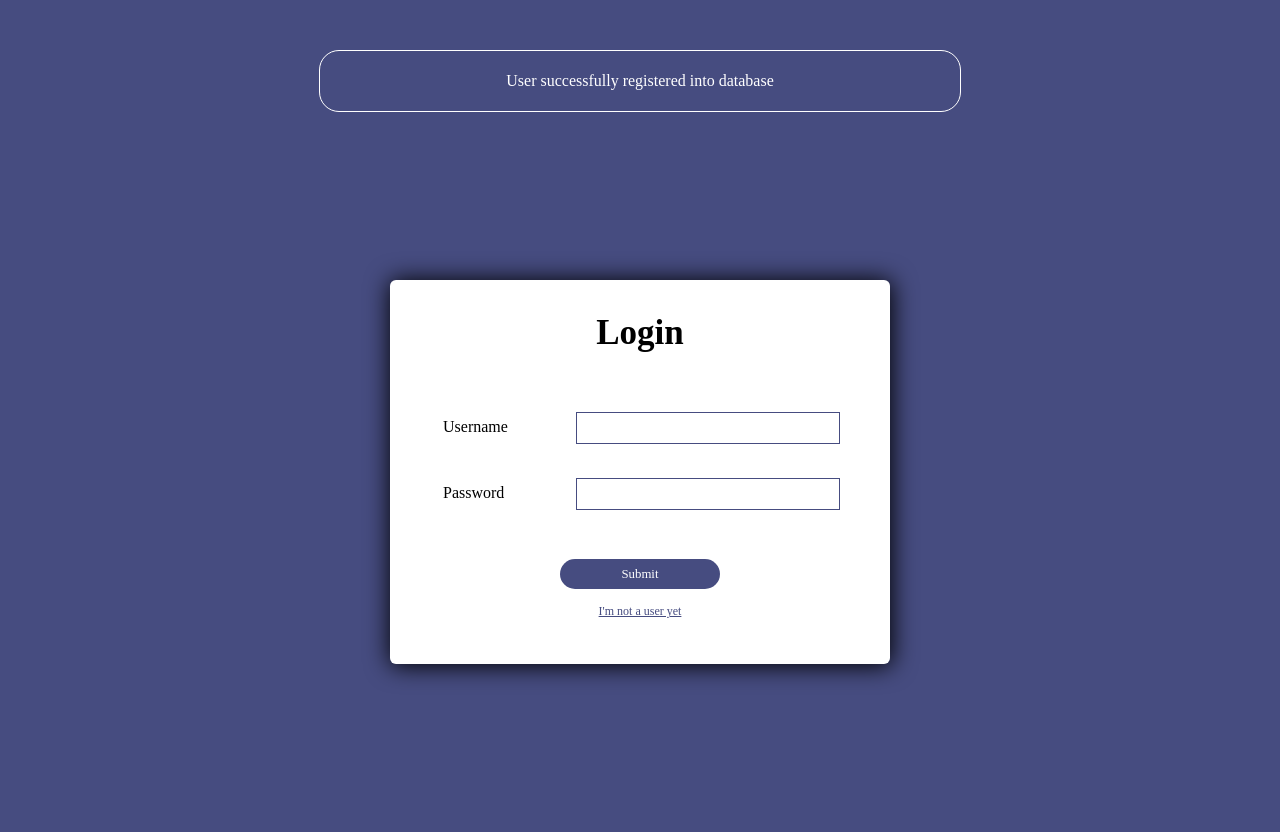
Repository: ivanmirandastavenuiter/jsp-raw-crud
Page: http://localhost/CH33TZ/
An editor plug-in stored every save of this project. The page is shown before and after the next save, followed by the edit.
The browser window is 1280 px wide. The pictures show the whole page.
Some web fonts or font styles are not loaded; a fallback is used. The page is served by Tomcat 9. Other server files are loaded and not shown.

Above is the page before, as saved 2020-05-12 14:43:50.

### CH33TZ/WebContent/index.jsp
<%@ page language="java" contentType="text/html; charset=UTF-8"
    pageEncoding="UTF-8" %>
<%@ page import="java.sql.Statement" %>
<%@ page import="java.sql.ResultSet" %>
<%@ page import="java.sql.DriverManager" %>
<%@ page import="java.sql.Connection" %>
<%@ page import="java.sql.PreparedStatement" %>
<%@ page import="java.util.logging.Logger" %>
<%@ page import="java.util.Map, java.util.HashMap" %>
<%@ page import="java.util.Collection" %>
<%@ page import="java.util.Set" %>
<%@ page import="java.util.Set" %>
<%@ taglib uri = "http://java.sun.com/jsp/jstl/core" prefix = "c" %>
<!DOCTYPE html>
<html>
<head>
<meta charset="UTF-8">
<title>Login</title>
<link href="https://fonts.googleapis.com/css?family=Merriweather&display=swap" rel="stylesheet">
<script type="module" src="Validations/ValidationLogin.mjs"></script>
<style>

	body {
		background: #464c80;
		margin: 0;
		padding: 0;
		height: 100vh;
		width: 100vw;
		font-size: 62.5%; /* This is equivalent to 10px */
		font-family: 'Merriweather', serif;
	}

	div.main-container-div {
		height: 100%;
	}

	div.register-result-container {
		margin-top: 50px;
	}

	div.register-result-message {
		width: 50%;
		margin: 0 auto;
		font-size: 1.6em;
		color: #fff;
		border: 1px solid #fff;
		border-radius: 20px;
	}

	div.register-result-message p {
		text-align: center;
		padding: 5px;
	}

	div.main-content-div {
		height: 100%;
		display: flex;
		justify-content: center;
		align-items: center;
	}

	div.form-container-div {
		border-radius: 6px;
		background: #fff;
		width: 500px;
		box-shadow: 1px 1px 25px 1px #000;
	}

	div.form-container-div form {
		padding: 10px 30px 30px 30px;
		font-size: 1.6em;
	}

	div.form-container-div .login-div {
		padding: 10px;
		text-align: center;
		border-radius: 5px 5px 0 0;
	}

	div.user-not-found-div {
		width: 400px;
		margin: 0 auto;
		opacity: 0; /* To 1 */
		transition: opacity .5s linear;
		font-size: 1.6em;
		height: 0; /* To auto */
	}

	p.user-not-found {
		margin: 0 auto;
		padding: 0; /* To 5 */
		width: 63%;
		font-size: .7em;
		border: 1px solid #e21010;
		color: #e21010;
		text-align: center;
		height: 0; /* To auto */
	}

	div.form-container-div .login-div h1 {
		font-size: 3.5em;
	}

	/* Inside form-container-div */

	.inputs-group-div {
		padding: 15px;
	}

	.inputs-group-div .input-div {
		width: 400px;
		display: flex;
		justify-content: space-between;
		align-items: center;
		margin: 0 auto;
	}

	.inputs-group-div .input-div .form-input {
		width: 63%;
		height: 20px;
		font-family: inherit;
		font-size: .8em;
		outline: none;
		border: 1px solid #464c80;
		padding: 5px;
	}

	.inputs-group-div div[class$="wrong-validation-div"] {
		display: flex;
		justify-content: flex-end;
		width: 400px;
		margin: 0 auto;
		opacity: 0;
		transition: opacity .5s linear;
	}

	.inputs-group-div div[class$="wrong-validation-div"] p {
		width: 63%;
		padding: 5px;
		font-size: .7em;
		border: 1px solid #e21010;
		color: #e21010;
	}

	.inputs-group-div .input-div label {
		height: 20px;
		padding: 3px;
	}

	.inputs-group-div .input-div .submit-btn {
		font-family: inherit;
		font-size: .8em;
		margin: 15px auto 5px auto;
		width: 40%;
		padding: 5px;
		color: #fff;
		background: #464c80;
		border-radius: 20px;
		height: 30px;
		border: none;
		transition: background-color .3s linear;
		outline: none;
	}

	.inputs-group-div .register-link-div {
		text-align: center;
	}

	.inputs-group-div .register-link-div span {
		font-size: 0.75em;
		display: block;
		margin-top: 10px;
	}

	.inputs-group-div .register-link-div span a {
	  	color: #464c80 !important;
	}

	/* Buttons, boxes and links interactions */

	.inputs-group-div .input-div .submit-btn:hover {
		background:#666dad;
	}

	.inputs-group-div .input-div .submit-btn:active {
		background: #272b50;
		transition: none;
		border: 1.5px solid #bfc4fd;
	}

	.inputs-group-div .input-div .form-input:focus {
		background: #d1d8f1;
		border: 1px solid #000;
	}

	.inputs-group-div .form-input:-internal-autofill-selected {
		background-color: #d1d8f1 !important;
		border: 1px solid #000 !important;
	}

	.inputs-group-div .input-div .submit-btn:focus {
		background: #272b50;
		transition: none;
		border: 1.5px solid #bfc4fd;
	}

	.inputs-group-div .register-link-div span a:visited,
	.inputs-group-div .register-link-div span a:active {
		color: inherit;
	}

</style>
</head>
<body>

	<c:set var = "contextPath" value="${pageContext.request.contextPath}" />

	<%

		Logger logger = Logger.getLogger(com.ch33tz.logger.JspLogger.class.getName());

		if (request.getMethod().equals("POST") && !(boolean)request.getAttribute("errors")) {

			logger.info("Starting validation on target page.");
			logger.info("POST request detected on target page. Applying validation against input data.");

			//Validation of the user input
			String username = request.getParameter("username");
			String password = request.getParameter("pass");
			String contextPath = "/";
			boolean validation = true;

			try {

				username = username != null ? username.trim() : null;
				password = password != null ? password.trim() : null;

				if (username == null || username.isEmpty()
						|| password == null || password.isEmpty()) {

					logger.info("Errors detected on target page. Proceeding to generate errors");

					Cookie usernameCookieError = null;
					Cookie passwordCookieError = null;

					if (username == null || username.isEmpty()) {
						logger.warning("Bad input for username. Populating cookie");
						usernameCookieError = new Cookie("username", "username");
						usernameCookieError.setMaxAge(1);
						response.addCookie(usernameCookieError);
						validation = false;
					}

					if (password == null || password.isEmpty() ) {
						logger.warning("Bad input for password. Populating cookie");
						passwordCookieError = new Cookie("password", "password");
						passwordCookieError.setMaxAge(1);
						response.addCookie(passwordCookieError);
						validation = false;
					}

				}

			} catch (Exception e) {

				logger.severe("Exception thrown on validation: " + e.getMessage());

			}

			if (validation) {

				Connection conn = null;
				PreparedStatement stmt = null;
				ResultSet rs = null;

				Map <String, String> userData = new HashMap<String, String>();

				try {

					// Driver registration gets autoloaded on JDBC 4.0 compliant versions:

					// * mysql-connector-java-5.1.36.jar version or higher
					// * jdk 6 or higher

					// However, it only gets loaded after second request. At least, in JSP.
					// This sentence is equivalent to: Class.forName("com.mysql.cj.jdbc.Driver")
					DriverManager.getDrivers();

					String sql = "SELECT * FROM user WHERE usUse = ? AND usPas = ?";
					conn = DriverManager.getConnection("jdbc:mysql://localhost:3306/ch33tz", "root", "");
					stmt = conn.prepareStatement(sql, ResultSet.TYPE_SCROLL_INSENSITIVE, ResultSet.CONCUR_READ_ONLY);
					stmt.setString(1, username);
					stmt.setString(2, password);
					rs = stmt.executeQuery();

					if (rs.first()) {

						logger.info("User found: " + rs.getString("usUse") + ". Populating user data.");

						userData.put("id", Integer.toString(rs.getInt("usId")));
						userData.put("name", rs.getString("usNam"));
						userData.put("surname", rs.getString("usSur"));
						userData.put("username", rs.getString("usUse"));
						userData.put("email", rs.getString("usEma"));

						logger.info("Redirecting to welcome page...");

						request.getSession().setAttribute("user", userData);
						response.sendRedirect(request.getContextPath() + "/JSP/welcome.jsp");

					} else {
						logger.warning("User not found. Populating cookie");
						logger.info("Returning to login form.");
						Cookie userNotFoundCookie = new Cookie("error", "user-not-found");
						userNotFoundCookie.setMaxAge(1);
						response.addCookie(userNotFoundCookie);
					}

				} catch (Exception e) {

					logger.severe("Main exception: " + e.getMessage());

				} finally {

					try {

						if (rs != null) {
							rs.close();
						}

						if (stmt != null) {
							stmt.close();
						}

						if (conn != null) {
							conn.close();
						}

					} catch(Exception e) {

						logger.severe("Nested exception: " + e.getMessage());

					}

				}

			}

		}

	%>

	<!-- Main container -->
	<div class="main-container-div">

		<!-- Errors container -->
		<div class="register-result-container">
			<div class="register-result-message">
				<p>User successfully registered into database</p>
				<c:if test="${ not empty message}">
					<p>${message}</p>
					<c:remove var="message" />
				</c:if>
			</div>
		</div>

		<!-- Main content -->
		<div class="main-content-div">

			<div class="form-container-div">

				<!-- Login div -->
				<div class="login-div">
					<h1>Login</h1>
				</div>

				<!-- User not found div -->
				<div class="user-not-found-div">
					<p class="user-not-found"></p>
				</div>

				<!-- Form -->
				<form name="loginForm" method="post">

					<div class="inputs-group-div">

						<!-- Input items -->
						<div class="input-div">
							<label for="username">Username</label>
							<input class="form-input" type="text" name="username"/>
						</div>

						<div class="username-wrong-validation-div">
							<p class="username-wrong-validation"></p>
						</div>

						<div class="input-div">
							<label for="pass">Password</label>
							<input class="form-input" type="password" name="pass"/>
						</div>

						<div class="password-wrong-validation-div">
							<p class="password-wrong-validation"></p>
						</div>

						<div class="input-div">
							<input class="submit-btn" type="submit" value="Submit"/>
						</div>

						<div class="register-link-div">
							<span><a href="register.jsp">I'm not a user yet</a></span>
						</div>

					</div>

				</form>

			</div>

		</div>

	</div>



</body>
</html>

### CH33TZ/WebContent/Validations/ValidationLogin.mjs
/**
 * Name: ValidationLogin
 *
 * Author: Ivan Miranda Stavenuiter
 * MKNA
 *
 */

import { ValidationException } from '../Exceptions/ValidationException.mjs';
import { ValidationFormException } from '../Exceptions/ValidationFormException.mjs';

document.addEventListener("DOMContentLoaded", function() {

	var availableCookies = document.cookie;

	var loginForm = document.getElementsByName("loginForm")[0];
	var submit = false;
	var validation = true;

	var username = document.getElementsByName("username")[0];
	var pass = document.getElementsByName("pass")[0];
	var wrongUsernameNode = document.getElementsByClassName("username-wrong-validation")[0];
	var wrongPassNode = document.getElementsByClassName("password-wrong-validation")[0];
	var inputNodes = document.getElementsByClassName("form-input");

	var inputsMap = new Map();
	inputsMap.set(username, wrongUsernameNode)
			 .set(pass, wrongPassNode);

	// Main function on submit
	loginForm.onsubmit = function(e) {

		e.preventDefault();

		try {

			validation = true;
			inputsMap.forEach(validateInputs);

			if (!validation) {
				return false;
			} else {
				this.submit();
			}

		} catch (err) {

			console.log('Exception thrown by parent try/catch block: ');
			console.log('Name: ' + err.name);
			console.log('Description: ' + err.message);
			console.log('Stack: ' + err.stack);

		}

	};

	// Function triggered on submit
	function validateInputs(value, key, map) {

		try {

			submit = true;

			if (key.name === 'username' && key.value.trim() === '') {

				throw new ValidationFormException(ValidationException.WARNING,
												  ValidationException.USERNAME_EMPTY_FIELD,
												  value);

			} else if (key.name === 'pass' && key.value.trim() === '') {

				throw new ValidationFormException(ValidationException.WARNING,
												  ValidationException.PASSWORD_EMPTY_FIELD,
												  value);

			}

		} catch(validationFormException) {

			if (validationFormException instanceof ValidationFormException) {
				validationFormException.handleLoginErrorOnSubmit();
				validation = false;
			} else {
				throw validationFormException;
			}

		}

	}

	// This check values after submit
	function validateInputsAfterSubmit(value, key, map) {

		key.onkeyup = function() {

			try {

				let resetNode = (value) => {
					value.innerText = '';
					value.parentElement.style.transition = 'none';
					value.parentElement.style.opacity = 0;
				}

				if (submit) {

					let descriptionType = value.className.substring(0,4);

					if (descriptionType === 'user') {

						if (key.value.trim().length > 0) {
							resetNode(value);
						} else {
							throw new ValidationFormException(ValidationException.WARNING,
															  ValidationException.USERNAME_EMPTY_FIELD,
															  value);
						}

					}

					if (descriptionType === 'pass') {

						if (key.value.trim().length > 0) {
							resetNode(value);
						} else {
							throw new ValidationFormException(ValidationException.WARNING,
															  ValidationException.PASSWORD_EMPTY_FIELD,
															  value);
						}

					}

				}

			} catch(validationFormException) {

				if (validationFormException instanceof ValidationFormException) {
					validationFormException.handleLoginErrorAfterSubmit();
					validation = false;
				} else {
					throw validationFormException;
				}

			}

		}
	}

	inputsMap.forEach(validateInputsAfterSubmit);

	// Control errors from server if detected
	var controlErrorsFromServer = () => {

		try {

			let errorsArray = [];
			let usernameWrongMessageNode = document.querySelector("p.username-wrong-validation");
			let passwordWrongMessageNode = document.querySelector("p.password-wrong-validation");
			let userNotFoundMessageNode = document.querySelector("p.user-not-found");

			submit = true;

			errorsArray.push(getCookie('username'));
			errorsArray.push(getCookie('password'));
			errorsArray.push(getCookie('error'));

			var errorsList = (value, key, map) => {

				try {

					if (value.trim() === "username") {

						throw new ValidationFormException(ValidationException.WARNING,
								  ValidationException.USERNAME_EMPTY_FIELD,
								  usernameWrongMessageNode);

					}

					if (value.trim() === "password") {

						throw new ValidationFormException(ValidationException.WARNING,
								  ValidationException.PASSWORD_EMPTY_FIELD,
								  passwordWrongMessageNode);

					}

					if (value.trim() === "user-not-found") {

						throw new ValidationFormException(ValidationException.WARNING,
								  ValidationException.USER_NOT_FOUND,
								  userNotFoundMessageNode);

					}

				} catch(validationFormException){
					if (validationFormException instanceof ValidationFormException) {
						if (value.trim() === "user-not-found") {
							validationFormException.handleUserNotFoundError();
						} else {
							validationFormException.handleLoginErrorAfterSubmit();
						}
					} else {
						throw validationFormException;
					}

				}

			}

			errorsArray.forEach(errorsList);

		} catch(err) {

			console.log('Exception thrown while performing control over server data.');
			console.log('Name: ' + err.name);
			console.log('Description: ' + err.message);
			console.log('Stack: ' + err.stack);

		}

	}

	// Snippet to get cookies by name
	var getCookie = (cookieName) => {

		let cookieNameStartingIndex = availableCookies.indexOf(cookieName);
		let cookieValueStartingIndex = cookieNameStartingIndex + cookieName.length + 1;
		let charIndex = cookieValueStartingIndex;
		let endIndex = availableCookies.length;
		let cookieValue = '';

		if (cookieNameStartingIndex != -1) {

			while(availableCookies.charAt(charIndex) != ";" && charIndex != endIndex) {
				cookieValue += availableCookies.charAt(charIndex);
				charIndex++;
			}

			return cookieValue.trim();

		} else {

			return 'Cookie not found';

		}

	}

	// If cookies detected, validation thrown
	if (availableCookies != undefined && availableCookies != '') {
		controlErrorsFromServer();
	}

});

### CH33TZ/WebContent/Exceptions/ValidationException.mjs
/**
 * Name: ValidationException
 *
 * Author: Ivan Miranda Stavenuiter
 * MKNA
 *
 */

export class ValidationException extends Error {

	constructor(message) {
		super(message);
	}

	// Messages for exceptions
	static get WARNING() { return 'There has been an error on the validation process' };

	static get NAME_EMPTY_FIELD() { return 'Name field cannot be empty' };
	static get SURNAME_EMPTY_FIELD() { return 'Surname field cannot be empty' };
	static get USERNAME_EMPTY_FIELD() { return 'Username field cannot be empty' };
	static get PHONE_EMPTY_FIELD() { return 'Phone field cannot be empty' };
	static get EMAIL_EMPTY_FIELD() { return 'Email field cannot be empty' };
	static get PASSWORD_EMPTY_FIELD() { return 'Password field cannot be empty' };
	static get CONFIRM_EMPTY_FIELD() { return 'Confirm field cannot be empty' };
	static get PHONE_NOT_MATCH() { return 'Phone does not match requirements' };
	static get EMAIL_NOT_MATCH() { return 'Email does not match requirements' };
	static get USERNAME_EXISTS() { return 'Username already exists' };
	static get EMAIL_EXISTS() { return 'Email already exists' };
	static get PHONE_EXISTS() { return 'Phone already exists' };
	static get PASSWORD_NOT_MATCH() { return 'Password does not match requirements: one lowercase, one uppercase, one number and one special character. 8 characters length' };
	static get PASSWORD_NOT_EQUAL() { return 'Passwords don\'t match' };
	static get USER_NOT_FOUND() { return 'User not found in the database' };

}

### CH33TZ/WebContent/Exceptions/ValidationFormException.mjs
/**
 * Name: ValidationFormException
 *
 * Author: Ivan Miranda Stavenuiter
 * MKNA
 *
 */

import { ValidationException } from './ValidationException.mjs';

export class ValidationFormException extends ValidationException {

	constructor(message, description, htmlNode) {
		super(message);
		this.name = 'ValidationFormError';
		this.description = description;
		this.htmlNode = htmlNode;
	}

	handleRegisterErrorOnSubmit() {

		let inputContainerNode = this.htmlNode;
		let spanErrorTag = inputContainerNode.children[0].children[0];

		spanErrorTag.innerText = this.description;
		inputContainerNode.style.opacity = 1;

	}

	handleRegisterErrorAfterSubmit() {

		let inputContainerNode = this.htmlNode;
		let spanErrorTag = inputContainerNode.children[0].children[0];

		spanErrorTag.innerText = this.description;
		inputContainerNode.style.transition = 'opacity .5s linear';
		inputContainerNode.style.opacity = 1;

	}

	handleLoginErrorOnSubmit() {

		let wrongMessageNode = this.htmlNode;

		wrongMessageNode.innerText = this.description;
		wrongMessageNode.parentElement.style.opacity = 1;

	}

	handleLoginErrorAfterSubmit() {

		let wrongMessageNode = this.htmlNode;

		wrongMessageNode.parentElement.style.transition = 'opacity .5s linear';
		wrongMessageNode.parentElement.style.opacity = 1;
		wrongMessageNode.innerText = this.description;

	}

	handleUserNotFoundError() {

		let wrongMessageNode = this.htmlNode;

		wrongMessageNode.parentElement.style.transition = 'opacity .5s linear';
		wrongMessageNode.parentElement.style.opacity = 1;
		wrongMessageNode.parentElement.style.height = 'auto';
		wrongMessageNode.innerText = this.description;
		wrongMessageNode.style.padding = '5px';
		wrongMessageNode.style.height = 'auto';

	}

}

After the next save:
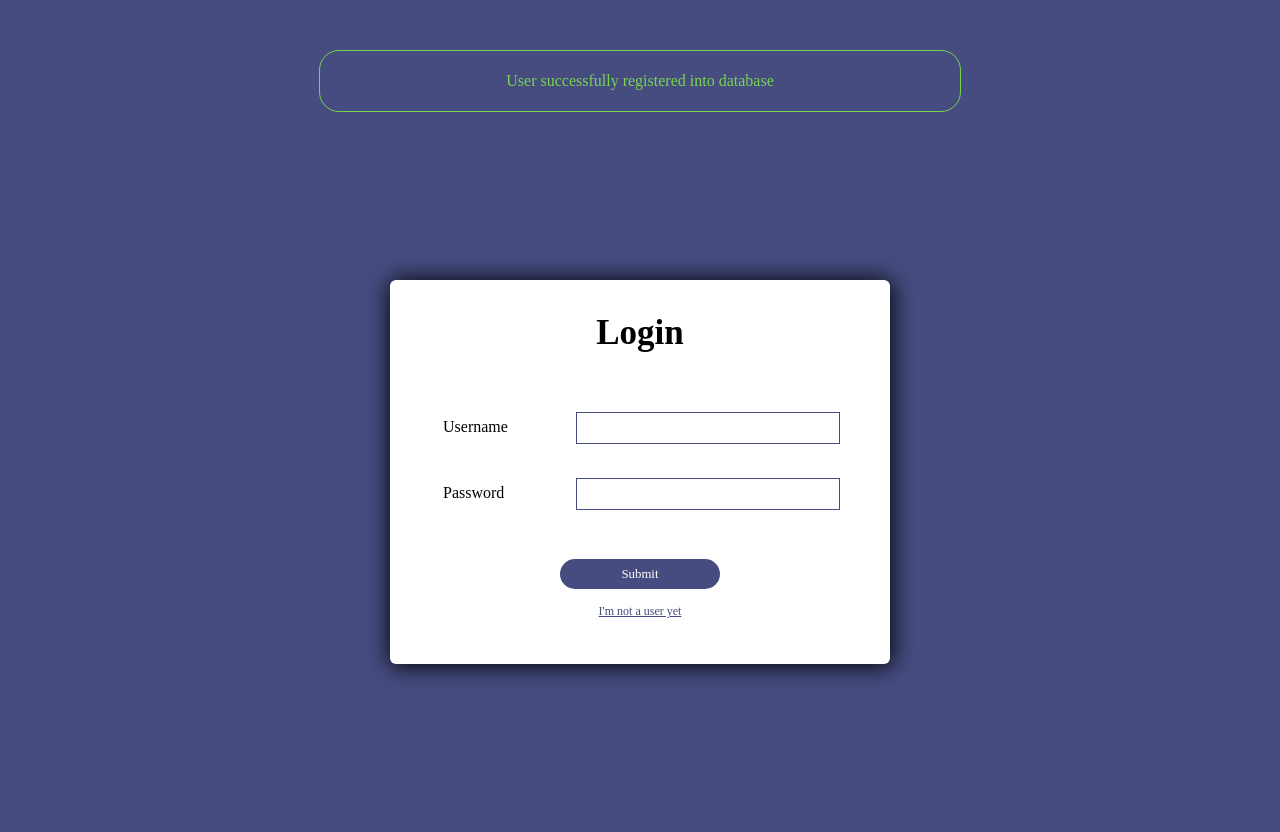
Saved 3 min 14 s later.
--- a/CH33TZ/WebContent/index.jsp
+++ b/CH33TZ/WebContent/index.jsp
@@ -42,8 +42,8 @@
 		width: 50%;
 		margin: 0 auto;
 		font-size: 1.6em;
-		color: #fff;
-		border: 1px solid #fff;
+		color: #77d54d;
+		border: 1px solid #77d54d;
 		border-radius: 20px;
 	}
 
